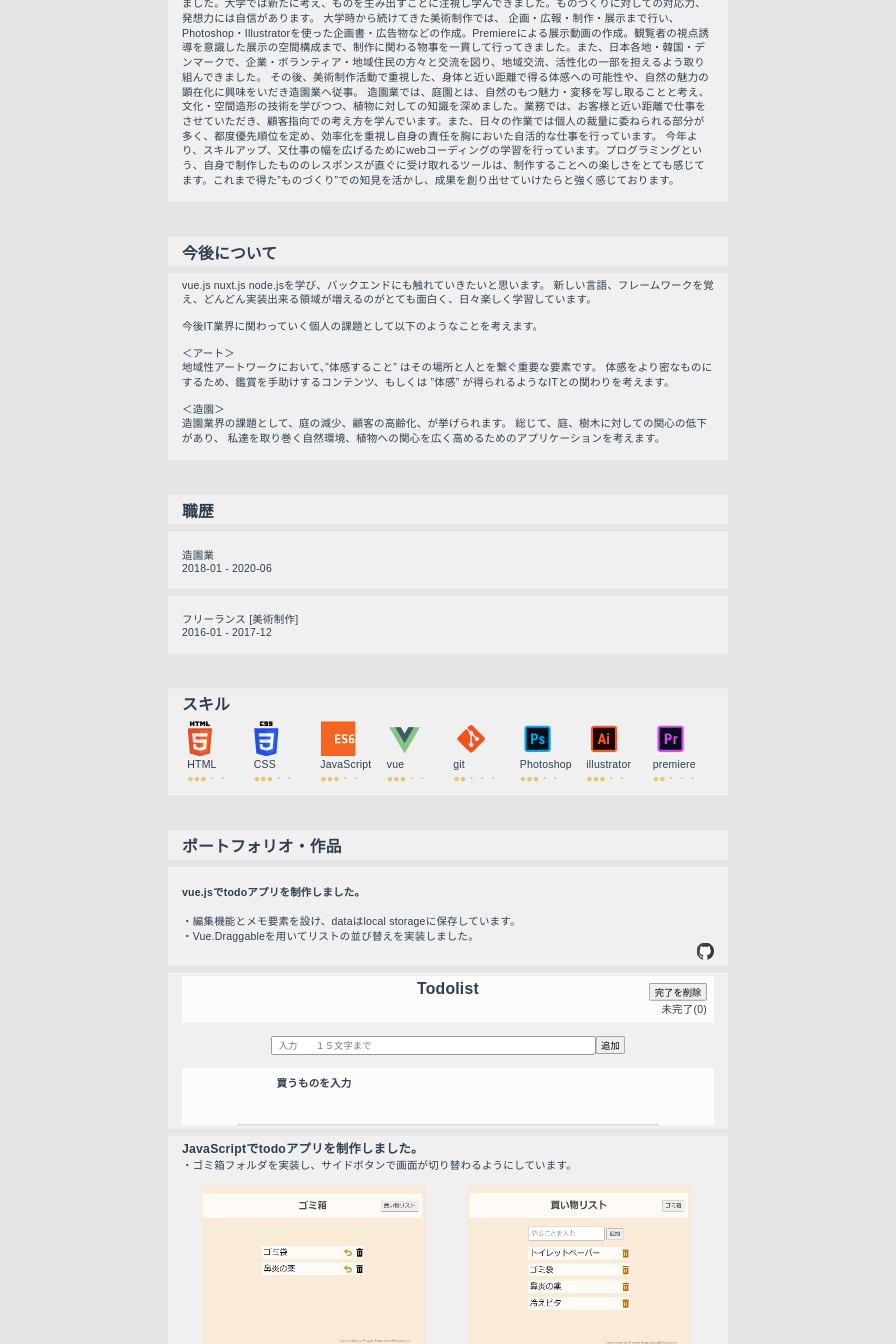
Repository: takeco/my-portfolio
Page: /
An editor plug-in stored every save of this project. The page is shown before and after the next save, followed by the edit.
The browser window is 1280 px wide. The pictures show the part of the page from y = 668 to 2588 px (the page is 3692 px tall before and 4033 px after), at 70% of full size.
The project was rebuilt for these pictures with package versions that can differ from the ones it lists, and the page was loaded fresh each time.

Above is the page before, as saved 2020-08-25 16:40:06.

After the next save:
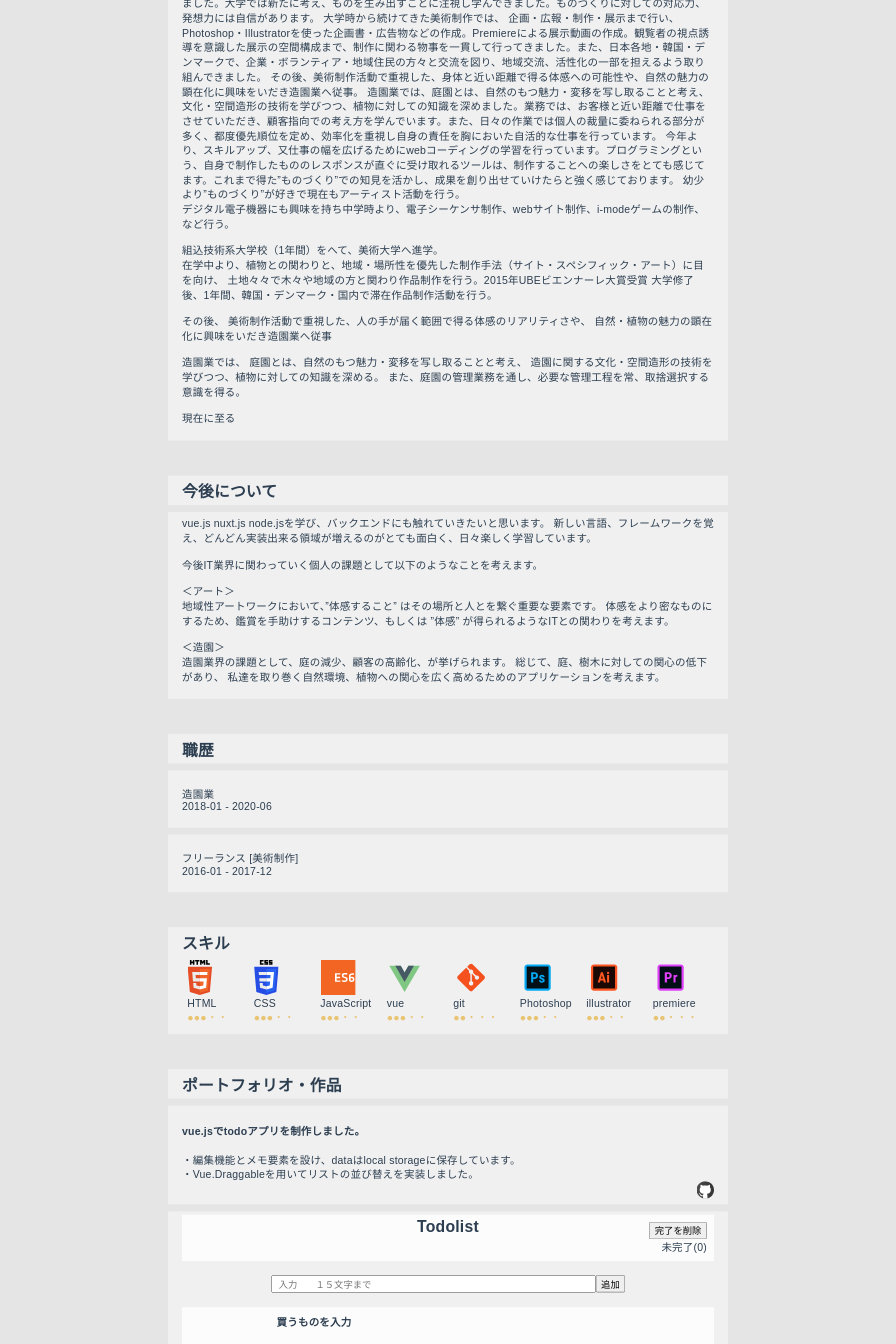
Saved 21 s later.
--- a/src/components/MainContents.vue
+++ b/src/components/MainContents.vue
@@ -31,7 +31,7 @@
         <li>
           <h2>History</h2>
           <p>
-           幼少より、物を作ることが好きで、ラジオなど電子工作して遊んでいました。
+            幼少より、物を作ることが好きで、ラジオなど電子工作して遊んでいました。
 中学校ではロボットコンテストに出場。高校時より、web制作、シーケンス制御、など情報分野を学びました。その後、大学校の制御技術科で1年間、cadのよる部品作成から、c言語によるマイコン制御まで学びました。
 
 大学校で制作する中、”ものづくり”への幅広い関心が生まれ、更に制作することへの意識を学ぶため美術系大学に進学、修士課程まで修了しました。大学では新たに考え、ものを生み出すことに注視し学んできました。ものづくりに対しての対応力、発想力には自信があります。
@@ -45,6 +45,24 @@
 
 今年より、スキルアップ、又仕事の幅を広げるためにwebコーディングの学習を行っています。プログラミングという、自身で制作したもののレスポンスが直ぐに受け取れるツールは、制作することへの楽しさをとても感じてます。これまで得た”ものづくり”での知見を活かし、成果を創り出せていけたらと強く感じております。
 
+            幼少より”ものづくり”が好きで現在もアーティスト活動を行う。
+            <br />デジタル電子機器にも興味を持ち中学時より、電子シーケンサ制作、webサイト制作、i-modeゲームの制作、など行う。
+            <br />
+            <br />組込技術系大学校（1年間）をへて、美術大学へ進学。
+            <br />在学中より、植物との関わりと、地域・場所性を優先した制作手法（サイト・スペシフィック・アート）に目を向け、
+            土地々々で木々や地域の方と関わり作品制作を行う。2015年UBEビエンナーレ大賞受賞
+            大学修了後、1年間、韓国・デンマーク・国内で滞在作品制作活動を行う。
+            <br />
+            <br />その後、
+            美術制作活動で重視した、人の手が届く範囲で得る体感のリアリティさや、
+            自然・植物の魅力の顕在化に興味をいだき造園業へ従事
+            <br />
+            <br />造園業では、
+            庭園とは、自然のもつ魅力・変移を写し取ることと考え、
+            造園に関する文化・空間造形の技術を学びつつ、植物に対しての知識を深める。
+            また、庭園の管理業務を通し、必要な管理工程を常、取捨選択する意識を得る。
+            <br />
+            <br />現在に至る
             <br />
             <br />
           </p>
